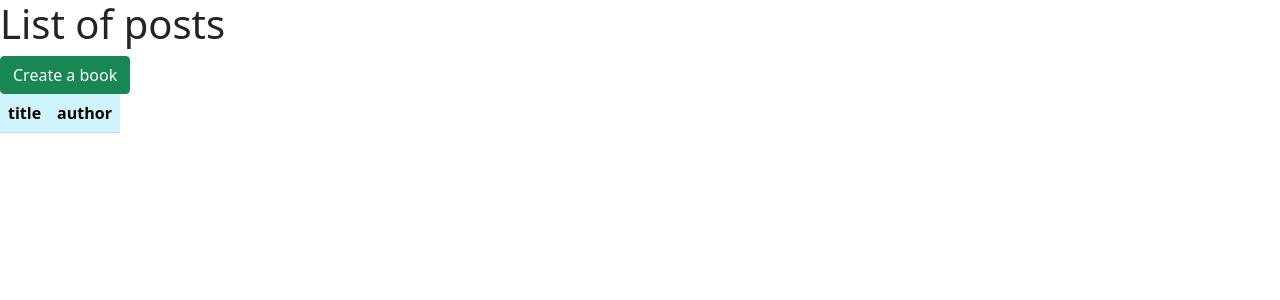
Repository: RaghdaMadiane/django
Page: http://localhost/books/
These files come from the project's save history. The page is drawn as it stood at one moment and after the next save; the edit follows.
The browser window is 1280 px wide. The pictures show the whole page.
The page is served by the project's application, run on Django 3.2 (manage.py). Other server files are loaded and not shown. Queries for data that is not in the repository find no rows.

Above is the page before, as saved 2021-04-21 17:06:48.

### books/templates/books/index.html
<html>
<head>
<!-- CSS only -->
<link href="https://cdn.jsdelivr.net/npm/bootstrap@5.0.0-beta3/dist/css/bootstrap.min.css" rel="stylesheet" integrity="sha384-eOJMYsd53ii+scO/bJGFsiCZc+5NDVN2yr8+0RDqr0Ql0h+rP48ckxlpbzKgwra6" crossorigin="anonymous">
</head>
<body>
<h1>List of posts<h1>
<table class="table table-striped" style="width:100px" >

  <thead>
    <tr>
     <th scope="col" class="table-info">title</th>
      <th scope="col" class="table-info">author</th>
    </tr>
     </thead>
     {%for book in books%}
  <tbody>
    <tr>
      <th >{{book.title}}</th>
     <th>{{book.author}}</th>
    </tr>
   </tbody>
{% endfor %}
<a  href='create' type="button"  class="btn btn-success"> Create a book </a>
</body>
</html>

### books/views.py
from django.shortcuts import render,redirect
from django.http import HttpResponse
from .forms import BookForm
from .models import Book
# Create your views here.
def index(request):
    books =Book.objects.all()
    return render(request,"books/index.html",{
        "books":books
    })
def create(request):
    form=BookForm(request.POST or None)
    if form.is_valid():
        form.save()
        return redirect("index")
    return render(request,"books/create.html",{
        "form" : form
    })

### book/urls.py
"""book URL Configuration

The `urlpatterns` list routes URLs to views. For more information please see:
    https://docs.djangoproject.com/en/3.2/topics/http/urls/
Examples:
Function views
    1. Add an import:  from my_app import views
    2. Add a URL to urlpatterns:  path('', views.home, name='home')
Class-based views
    1. Add an import:  from other_app.views import Home
    2. Add a URL to urlpatterns:  path('', Home.as_view(), name='home')
Including another URLconf
    1. Import the include() function: from django.urls import include, path
    2. Add a URL to urlpatterns:  path('blog/', include('blog.urls'))
"""
from django.contrib import admin
from django.urls import path
from django.urls import include

urlpatterns = [
    path('admin/', admin.site.urls),
    path('books/',include("books.urls")),
]

### books/urls.py

from django.urls import path
from . import views

urlpatterns = [
   path("",views.index,name='index'),
   path("create",views.create, name='create')
]

After the next save:
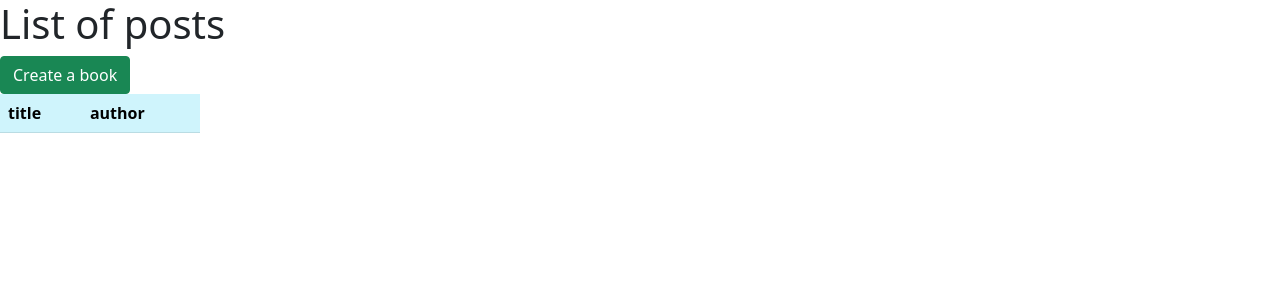
Saved 11 s later.
--- a/books/templates/books/index.html
+++ b/books/templates/books/index.html
@@ -5,7 +5,7 @@
 </head>
 <body>
 <h1>List of posts<h1>
-<table class="table table-striped" style="width:100px" >
+<table class="table table-striped" style="width:200px" >
 
   <thead>
     <tr>
